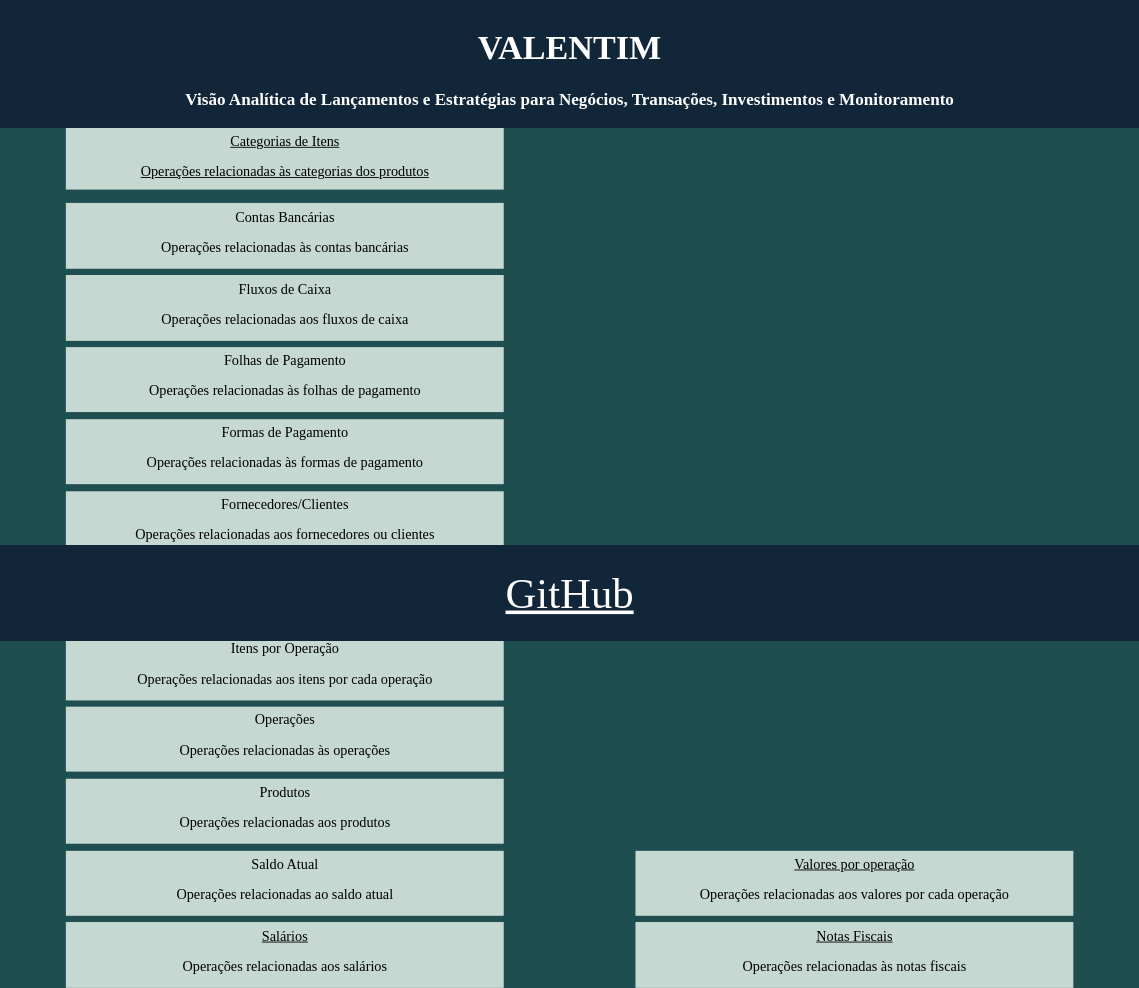
Repository: Matheus-Lacerda009/ERP-Financeiro
Page: Front/menu/menu.html
An editor plug-in stored every save of this project. The page is shown before and after a run of saves, followed by the edit.
The browser window is 1280 px wide. The pictures show the whole page, at 89% of full size.

Above is the page before, as saved 2026-07-13 19:12:50.

After the next 4 saves:
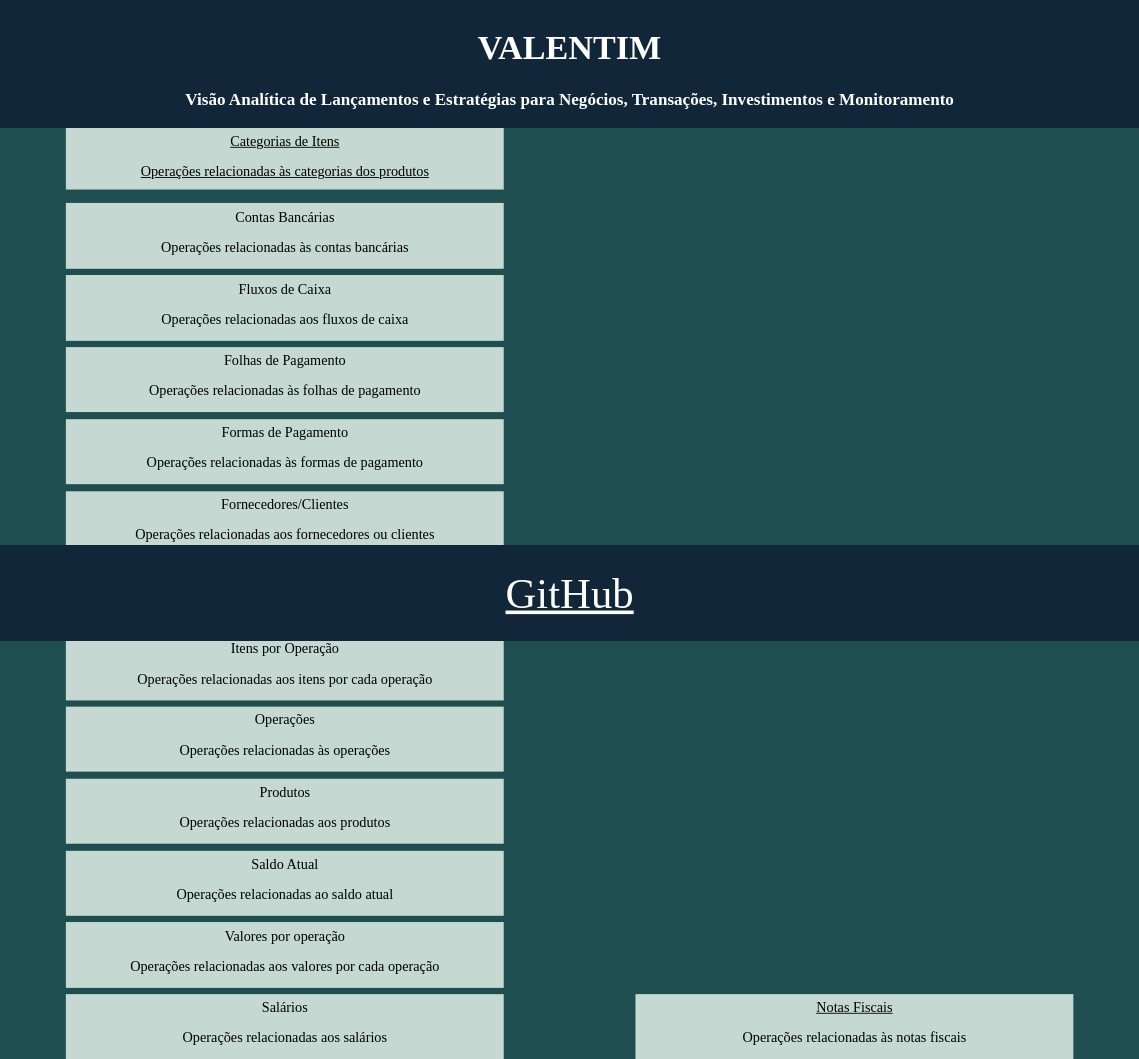
The 4 saves are shown as one change because they came seconds apart.
The last was saved 12 s later.
--- a/Front/menu/menu.html
+++ b/Front/menu/menu.html
@@ -70,12 +70,14 @@
                 Saldo Atual</a>
                 <p>Operações relacionadas ao saldo atual</p>
             </div>
+            <a href="../valor_pVenda/valor_pVenda.html" class="links"></a>
             <div class="divEntidades">
-                <a href="../valor_pVenda/valor_pVenda.html" class="links">Valores por operação</a>
+                Valores por operação</a>
                 <p>Operações relacionadas aos valores por cada operação</p>
             </div>
+            <a href="../valor_salario/valor_salario.html" class="links"></a>
             <div class="divEntidades">
-                <a href="../valor_salario/valor_salario.html" class="links">Salários</a>
+                Salários</a>
                 <p>Operações relacionadas aos salários</p>
             </div>
             <div class="divEntidades">
